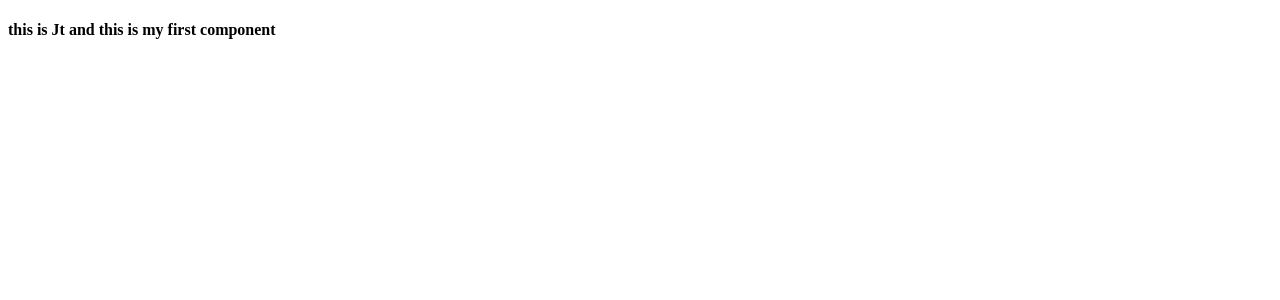
Repository: jt010051/ReactTutorial1
Page: /
An editor plug-in stored every save of this project. The page is shown before and after the next save, followed by the edit.
The browser window is 1280 px wide. The pictures show the whole page.
The project was rebuilt for these pictures with package versions that can differ from the ones it lists, and the page was loaded fresh each time.

Above is the page before, as saved 2022-03-01 15:36:46.

### src/index.js
import React from "react";
import  ReactDom from "react-dom";

function Greeting (){

  return <h4>this is Jt and this is my first component</h4>
}

ReactDom.render(<Greeting/>, document.getElementById("root"))

Loaded but not shown: public/index.html (common file)

After the next save:
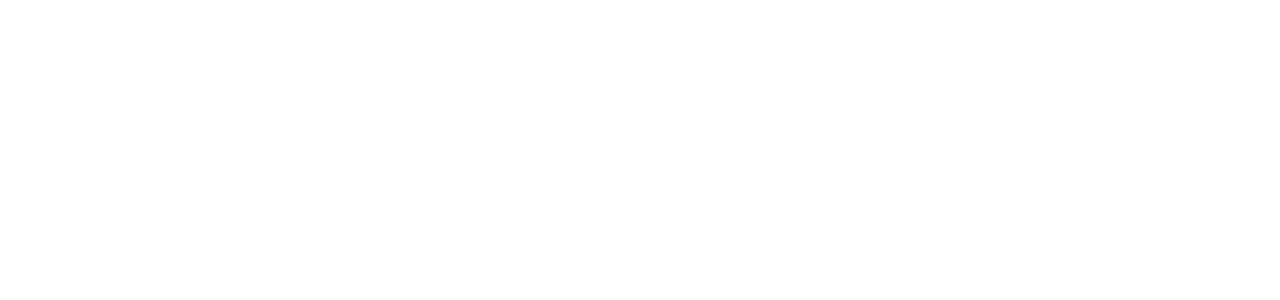
Saved 6 min 57 s later.
--- a/src/index.js
+++ b/src/index.js
@@ -1,9 +1,9 @@
 import React from "react";
 import  ReactDom from "react-dom";
 
-function Greeting (){
+function greeting (){
 
   return <h4>this is Jt and this is my first component</h4>
 }
 
-ReactDom.render(<Greeting/>, document.getElementById("root"))
+ReactDom.render(<greeting/>, document.getElementById("root"))

After the save that followed:
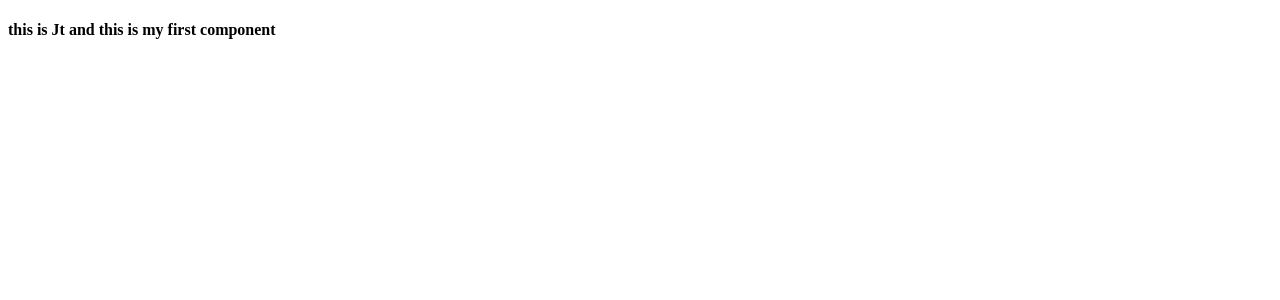
Saved 15 s later.
--- a/src/index.js
+++ b/src/index.js
@@ -1,9 +1,9 @@
 import React from "react";
 import  ReactDom from "react-dom";
 
-function greeting (){
+function Greeting (){
 
   return <h4>this is Jt and this is my first component</h4>
 }
 
-ReactDom.render(<greeting/>, document.getElementById("root"))
+ReactDom.render(<Greeting/>, document.getElementById("root"))
